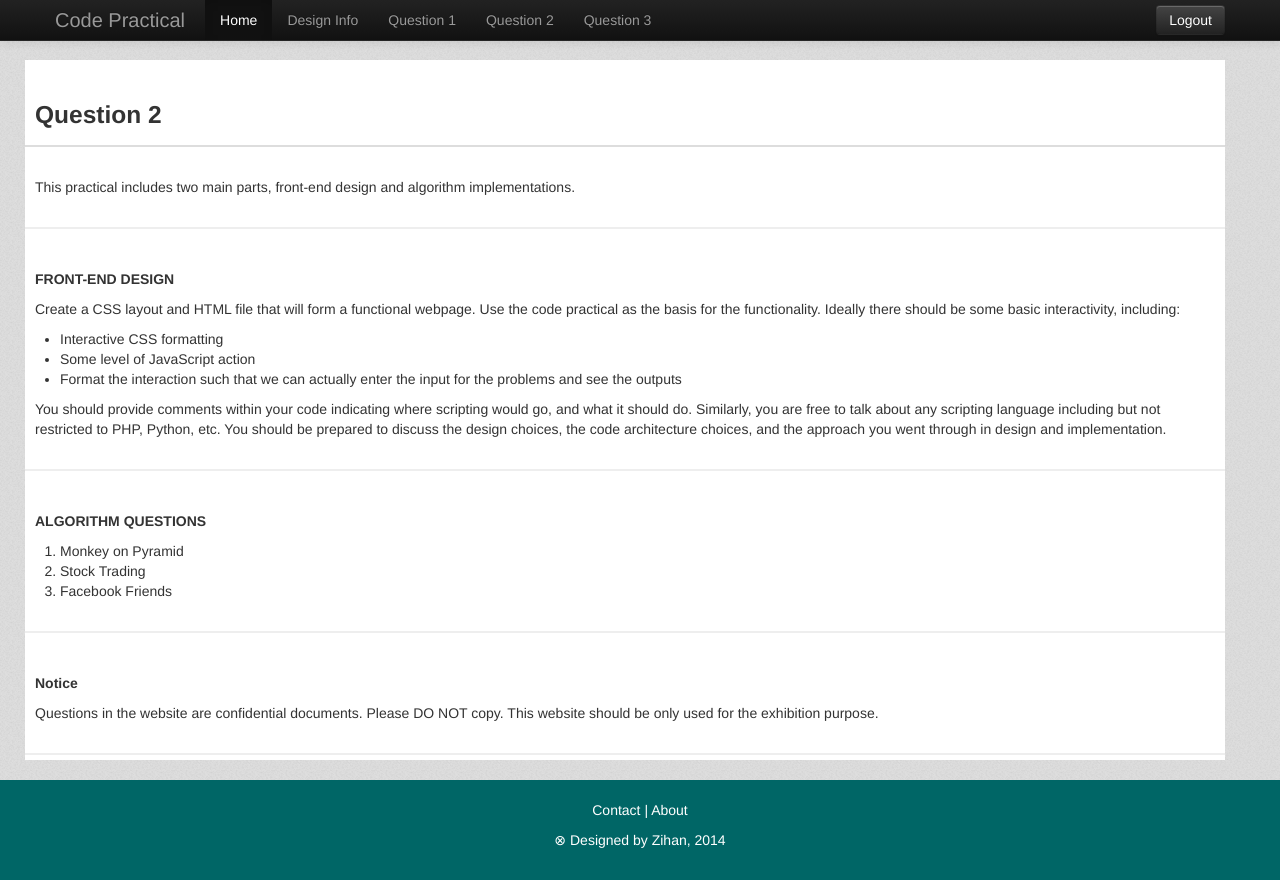
Repository: DataMonster/Java
Page: http://localhost/gweb2/contents/bar/question2.jsp
An editor plug-in stored every save of this project. The page is shown before and after the next save, followed by the edit.
The browser window is 1280 px wide. The pictures show the whole page.
The page is served by Tomcat 9.

Above is the page before, as saved 2014-05-27 01:00:59.

After the next save:
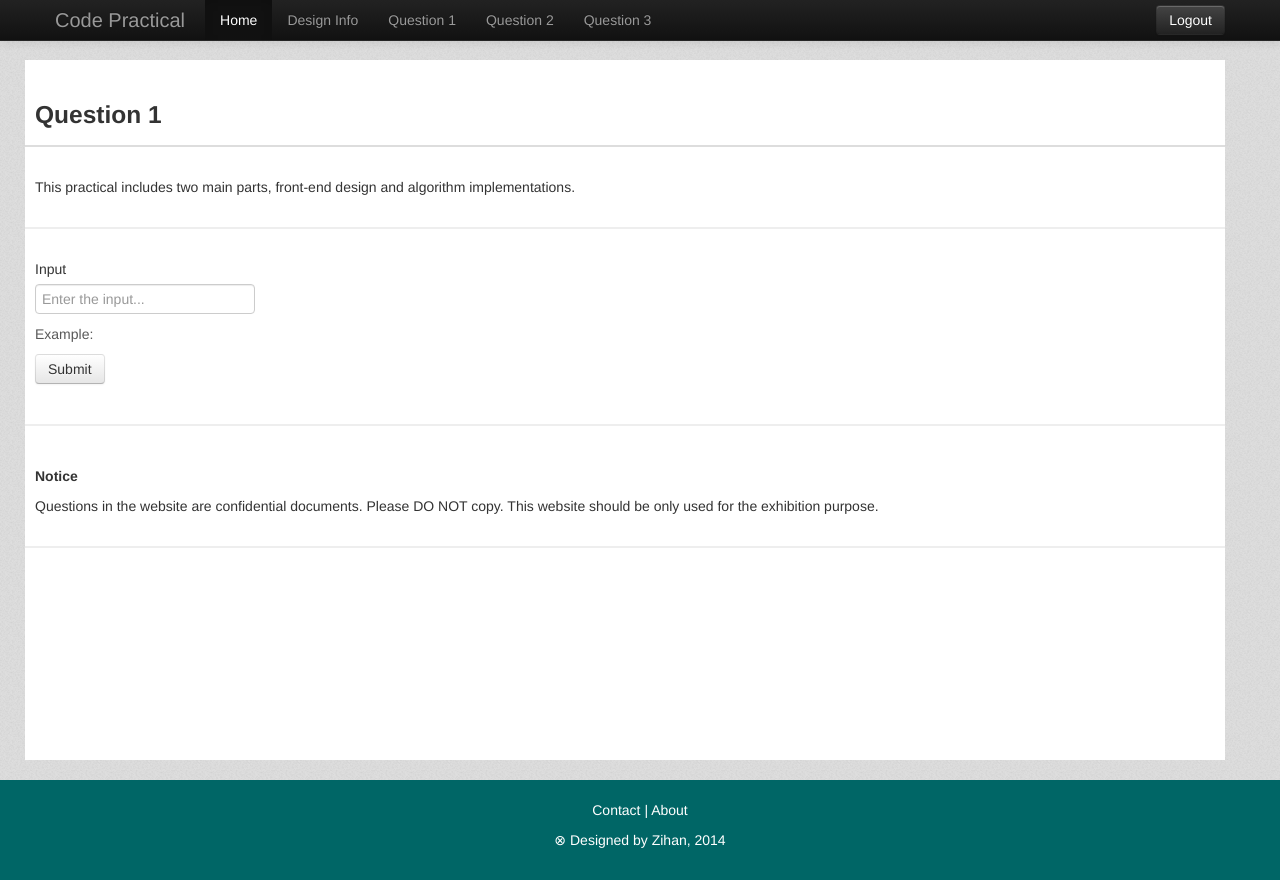
Saved 83 s later.
--- a/gweb2/war/contents/bar/question2.jsp
+++ b/gweb2/war/contents/bar/question2.jsp
@@ -51,37 +51,25 @@
     <div class="container">
 
       <div class="row">
-              <div class="content">
+               <div class="content">
                     <div class="content-header">
                         <br>
-                        <h3>Question 2</h3>
+                        <h3>Question 1</h3>
                     </div>
                     <div class="content-list" >
                         <p>This practical includes two main parts, front-end design and algorithm implementations.</p>
                     </div>
                     <div class="content-list" >
-                        <h5>FRONT-END DESIGN</h5>
-                        <p>Create a CSS layout and HTML file that will form a functional webpage. Use the code practical as the
-basis for the functionality. Ideally there should be some basic interactivity, including:</p>
-                        <ul>
-                           <li>Interactive CSS formatting</li>
-                           <li>Some level of JavaScript action</li>
-                           <li>Format the interaction such that we can actually enter the input for the problems and see the outputs</li>
-                        </ul>
-                        <p>You should provide comments within your code indicating where scripting would go, and what it should
-do. Similarly, you are free to talk about any scripting language including but not restricted to PHP, Python, etc. You should be prepared to discuss the design choices, the code architecture choices, and
-the approach you went through in design and implementation.</p>
+                        <form name="form1" method="post" action="value2.jsp">
+                            <fieldset>
+                        <label>Input</label>
+                        <input type="text" name="input1" id="input1" placeholder="Enter the input...">
+                        <span class="help-block">Example: </span>
+                        <button type="submit" class="btn">Submit</button>
+                           </fieldset>
+                        </form>
                     </div>
-                    <div class="content-list" >
-                        <h5>ALGORITHM QUESTIONS</h5>
-                        <ol>
-                           <li>Monkey on Pyramid</li>
-                           <li>Stock Trading</li>
-                           <li>Facebook Friends</li>
-                        </ol>
-                        <p></p>
 
-                    </div>
                   <div class="content-list">
                          <h5>Notice </h5>
                          <p>Questions in the website are confidential documents. Please DO NOT copy. This website should be only used for the exhibition purpose.</p>
